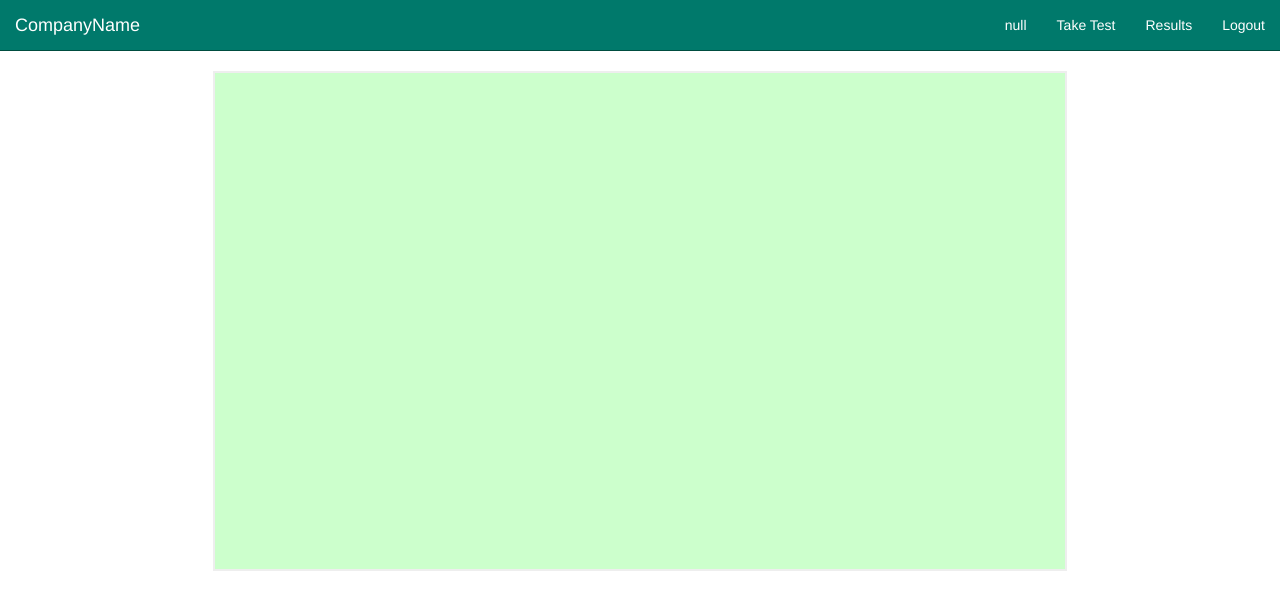
Repository: jayakumar721/projects
Page: http://localhost/TestEngine/dashboard.jsp
The author's editor kept a copy of each file at every save. The page is drawn from the files as they stood at one save, then again after the next save.
The browser window is 1280 px wide. The pictures show the whole page.
Some web libraries are served in a nearby version. The page is served by Tomcat 9. Other server files are loaded and not shown.

Above is the page before, as saved 2017-11-28 03:57:44.

### TestEngine/WebContent/dashboard.jsp
<%@ page language="java" contentType="text/html; charset=UTF-8"
	pageEncoding="UTF-8"%>
<!DOCTYPE html PUBLIC "-//W3C//DTD HTML 4.01 Transitional//EN" "http://www.w3.org/TR/html4/loose.dtd">
<html>
<head>
<meta http-equiv="Content-Type" content="text/html; charset=UTF-8">
<title>dashboard</title>
<link rel="stylesheet"
	href="https://maxcdn.bootstrapcdn.com/bootstrap/3.3.7/css/bootstrap.min.css">

<!-- jQuery library -->
<script
	src="https://ajax.googleapis.com/ajax/libs/jquery/3.2.1/jquery.min.js"></script>
<script src="vendor/jquery-validation/dist/jquery.validate.min.js"></script>

<!-- Latest compiled JavaScript -->
<script
	src="https://maxcdn.bootstrapcdn.com/bootstrap/3.3.7/js/bootstrap.min.js"></script>
<style type="text/css">
.navbar-inverse {
	background: #00796B;
	border-bottom-color: #004D40;
}

.navbar-inverse .navbar-nav>li>a, .navbar-inverse .navbar-brand,
	.navbar-inverse .navbar-nav>.dropdown>a .caret {
	color: #fff;
}

.navbar-inverse .navbar-nav>.open>a, .navbar-inverse .navbar-nav>.open>a:hover,
	.navbar-inverse .navbar-nav>.open>a:focus, .navbar-nav>li>.dropdown-menu
	{
	background: #4DB6AC;
}

.nav-pills
>
li
>
a
,
{
color


:



#303F9F


;
}
.nav>li>a:hover, .nav>li>a:focus {
	background-color: #EEEEEE;
}
.right
{
	height:500px;
	border: 2px solid #EEEEEE;
	background-color: #ccffcc;

}


</style>
</head>
<body>
	<div>
		<%@ include file="header.jsp"%>
	</div>
	<div class="col-sm-2"></div>
	<div class="right col-sm-8"></div>



</body>
</html>

### TestEngine/WebContent/header.jsp
<%@ page language="java" contentType="text/html; charset=UTF-8"
	pageEncoding="UTF-8"%>
<!DOCTYPE html PUBLIC "-//W3C//DTD HTML 4.01 Transitional//EN" "http://www.w3.org/TR/html4/loose.dtd">
<html>
<head>
<meta charset="UTF-8">
<title>Insert title here</title>

<link rel="stylesheet"
	href="https://maxcdn.bootstrapcdn.com/bootstrap/3.3.7/css/bootstrap.min.css">

<!-- jQuery library -->
<script
	src="https://ajax.googleapis.com/ajax/libs/jquery/3.2.1/jquery.min.js"></script>
<script src="vendor/jquery-validation/dist/jquery.validate.min.js"></script>

<!-- Latest compiled JavaScript -->
<script
	src="https://maxcdn.bootstrapcdn.com/bootstrap/3.3.7/js/bootstrap.min.js"></script>
<style type="text/css">
.navbar-inverse {
	background: #00796B;
	border-bottom-color: #004D40;
}

.navbar-inverse .navbar-nav>li>a, .navbar-inverse .navbar-brand,
	.navbar-inverse .navbar-nav>.dropdown>a .caret {
	color: #fff;
}

.navbar-inverse .navbar-nav>.open>a, .navbar-inverse .navbar-nav>.open>a:hover,
	.navbar-inverse .navbar-nav>.open>a:focus, .navbar-nav>li>.dropdown-menu
	{
	background: #4DB6AC;
}

.nav-pills
>
li
>
a
,
{
color
:

#303F9F
;


}
.nav>li>a:hover, .nav>li>a:focus {
	background-color: #EEEEEE;
}
</style>

</head>
<body>
	<div id="top-nav" class="navbar navbar-inverse navbar-static-top">
		<div class="container-fluid">
			<div class="navbar-header">
				<button type="button" class="navbar-toggle" data-toggle="collapse"
					data-target=".navbar-collapse">
					<span class="icon-bar"></span> <span class="icon-bar"></span> <span
						class="icon-bar"></span>
				</button>
				<a class="navbar-brand" href="dashboard.jsp">CompanyName</a>
			</div>
			<div class="navbar-collapse collapse">
				<ul class="nav navbar-nav navbar-right">
					<li><i class="fa fa-user-circle"></i><a><%=session.getAttribute("name")%></a>

					</li>
					<li><a href="Questions" id="taketest"><i
							class="fa fa-dashboard"></i> Take Test</a></li>
					<li><a href="Results" id="result"><i class="fa fa-tags"></i>
							Results</a></li>
					<li><a href="Login.html"><i class="fa fa-sign-out"></i>
							Logout</a></li>
				</ul>
			</div>
		</div>
		<!-- /container -->
	</div>

</body>
</html>

After the next save:
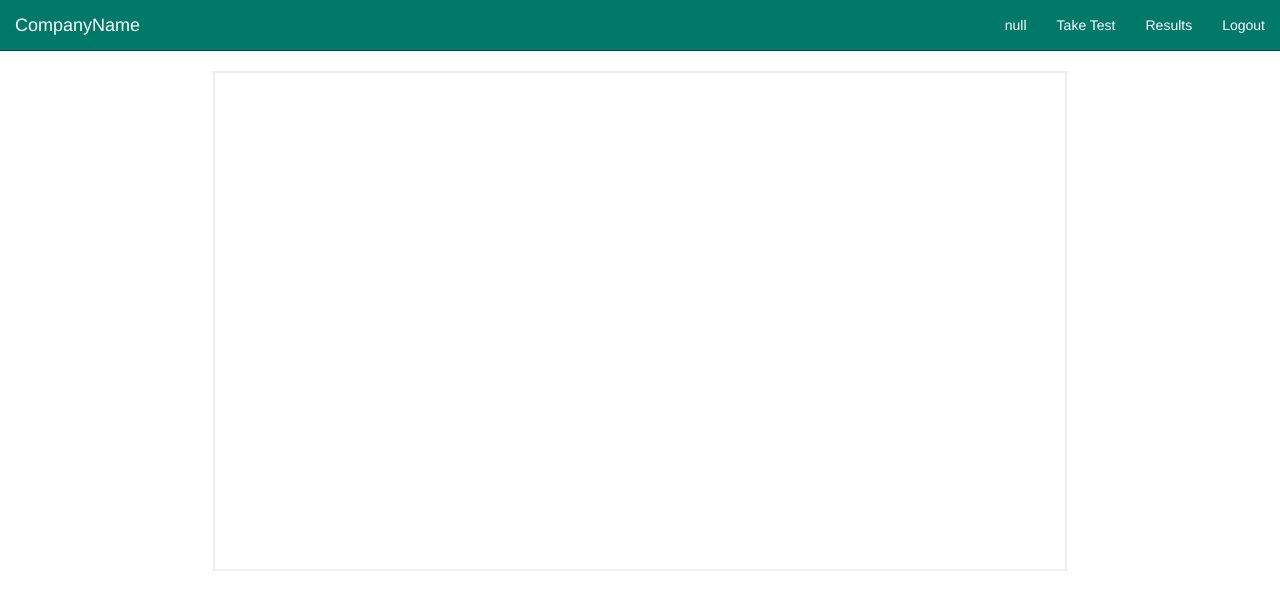
Saved 29 s later.
--- a/TestEngine/WebContent/dashboard.jsp
+++ b/TestEngine/WebContent/dashboard.jsp
@@ -59,7 +59,6 @@ color
 {
 	height:500px;
 	border: 2px solid #EEEEEE;
-	background-color: #ccffcc;
 
 }
 
